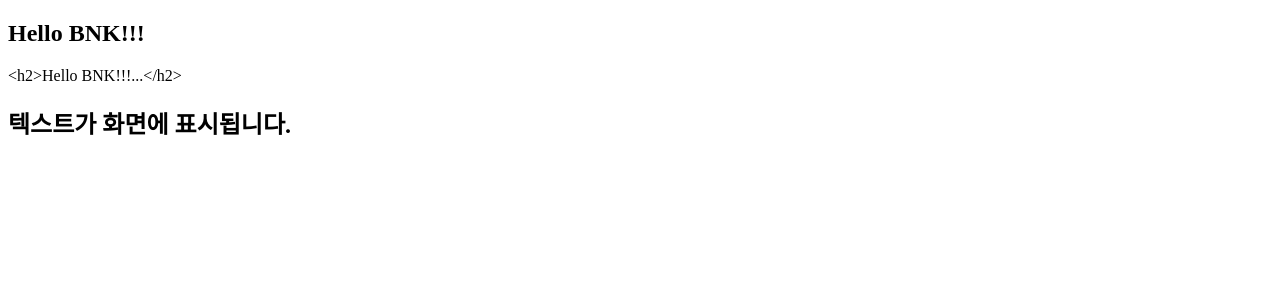
Repository: pvntlc/D-IT-Tech-Internship
Page: Servlet_JSP/Day5/src/main/webapp/dom/3-1.element.html
These files come from the project's save history. The page is drawn as it stood at one moment and after the next save; the edit follows.
The browser window is 1280 px wide. The pictures show the whole page.

Above is the page before, as saved 2023-09-15 02:40:11.

### Servlet_JSP/Day5/src/main/webapp/dom/3-1.element.html
<!DOCTYPE html>
<html lang="en">
  <head>
    <meta charset="UTF-8" />
    <meta name="viewport" content="width=device-width, initial-scale=1.0" />
    <title>DOM 변경 - 화면에 태그 추가</title>
    <script type="text/javascript">
      window.onload = function () {
        var html = document.getElementById("divHtml");
       // var divText = document.getElementById("divText");
       var query = document.querySelector("#query");

        html.innerHTML = "<h2>Hello BNK!!!</h2>";
        divText.innerText = "<h2>Hello BNK!!!...</h2>";

        // 변수를 선언하고 element node와 text node 생성.
        var title = document.createElement("h2");
        var msg = document.createTextNode("텍스트가 화면에 표시됩니다.");

        // text node를 element node에 추가.
        title.appendChild(msg);
        document.body.appendChild(title);
      };
    </script>
  </head>
  <body>
    <div id="divHtml"></div>
    <div id="divText"></div>
    <div id="query"></div>
  </body>
</html>

After the next save:
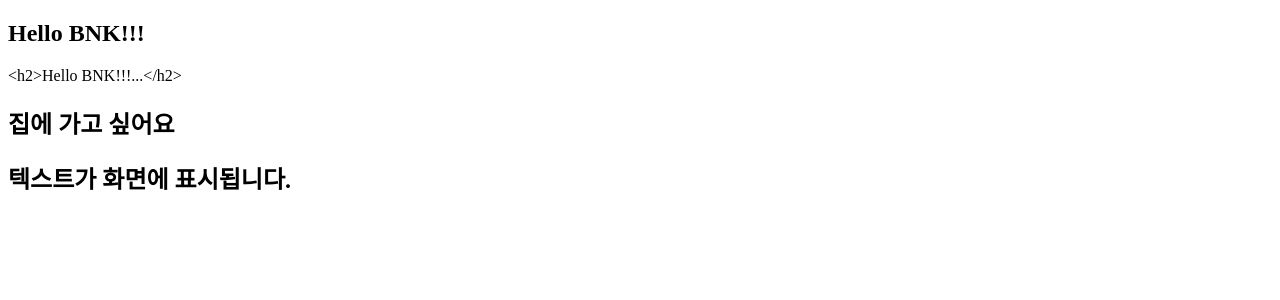
Saved 20 s later.
--- a/Servlet_JSP/Day5/src/main/webapp/dom/3-1.element.html
+++ b/Servlet_JSP/Day5/src/main/webapp/dom/3-1.element.html
@@ -12,6 +12,7 @@
 
         html.innerHTML = "<h2>Hello BNK!!!</h2>";
         divText.innerText = "<h2>Hello BNK!!!...</h2>";
+        query.innerHTML="<h2>집에 가고 싶어요</h2>"
 
         // 변수를 선언하고 element node와 text node 생성.
         var title = document.createElement("h2");
